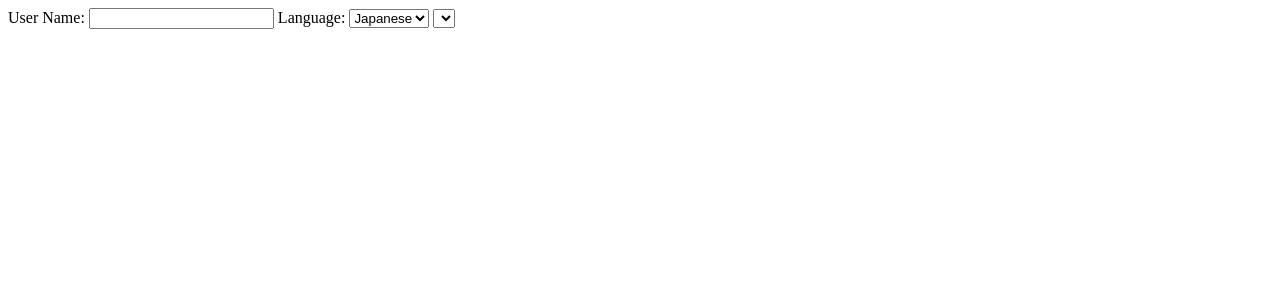
Repository: jayjaganathan/mysolutions
Page: http://localhost/QA_Pro/
An editor plug-in stored every save of this project. The page is shown before and after the next save, followed by the edit.
The browser window is 1280 px wide. The pictures show the whole page.
The page is served by Tomcat 9.

Above is the page before, as saved 2015-03-15 23:19:05.

After the next save:
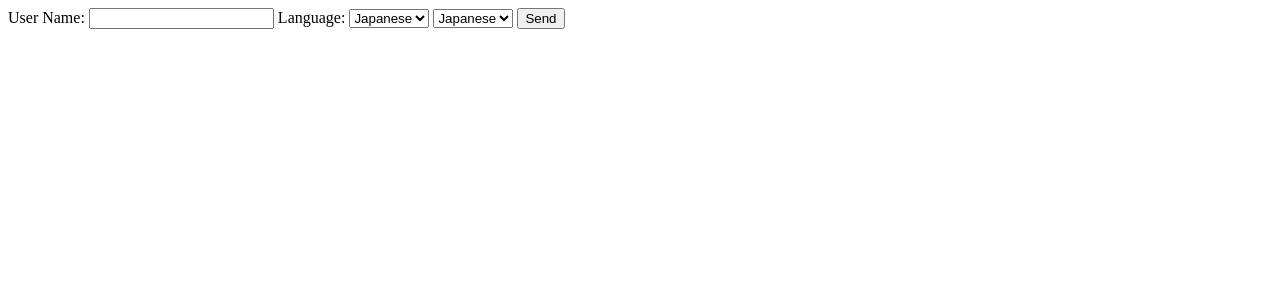
Saved 37 s later.
--- a/workspace/eclipse/QA_Pro/WebContent/index.jsp
+++ b/workspace/eclipse/QA_Pro/WebContent/index.jsp
@@ -14,7 +14,11 @@
     		<option>Tamil</option>
     		<option>English</option>
     	</select>
-    	<select
+    	<select mulitple="tryue:" name="topics">
+    	<option>Japanese</option>
+    		<option>Tamil</option>
+    		<option>English</option>
+    	</select>
     	<input type="Submit" value="Send"></input>
     </form>
 </body>
